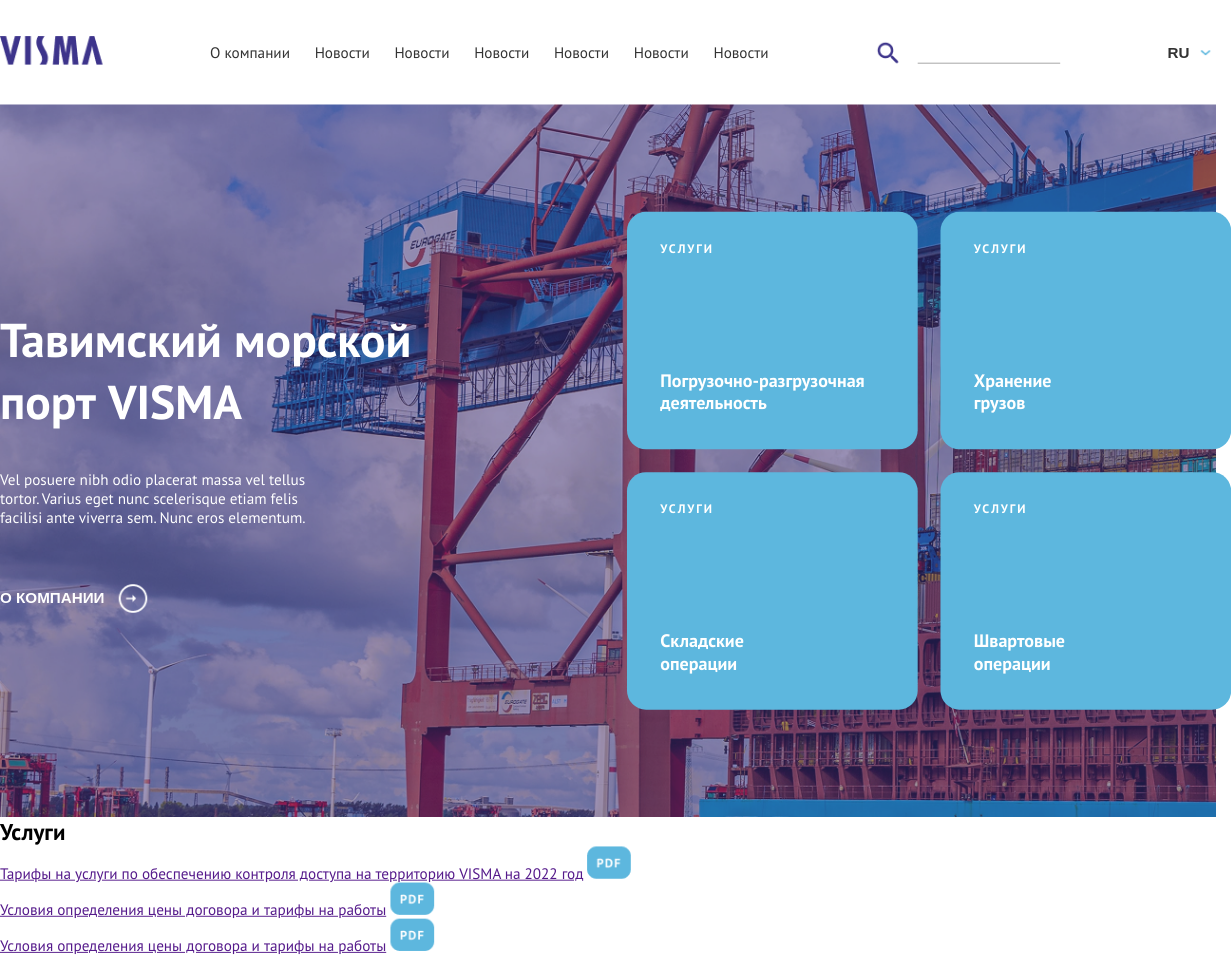
Repository: Shaiyr1/Visma
Page: index.html
These files come from the project's save history. The page is drawn as it stood at one moment and after the next save; the edit follows.
The browser window is 1280 px wide. The page is 1296 px wide, so the pictures cover 1296 px, including what lies to the right of the window. The pictures show the whole page, at 95% of full size.
The style sheet was rebuilt from its Sass, Less or Tailwind sources for each picture, by a compiler version that may differ from the author's.

Above is the page before, as saved 2026-09-16 14:24:08.

After the next save:
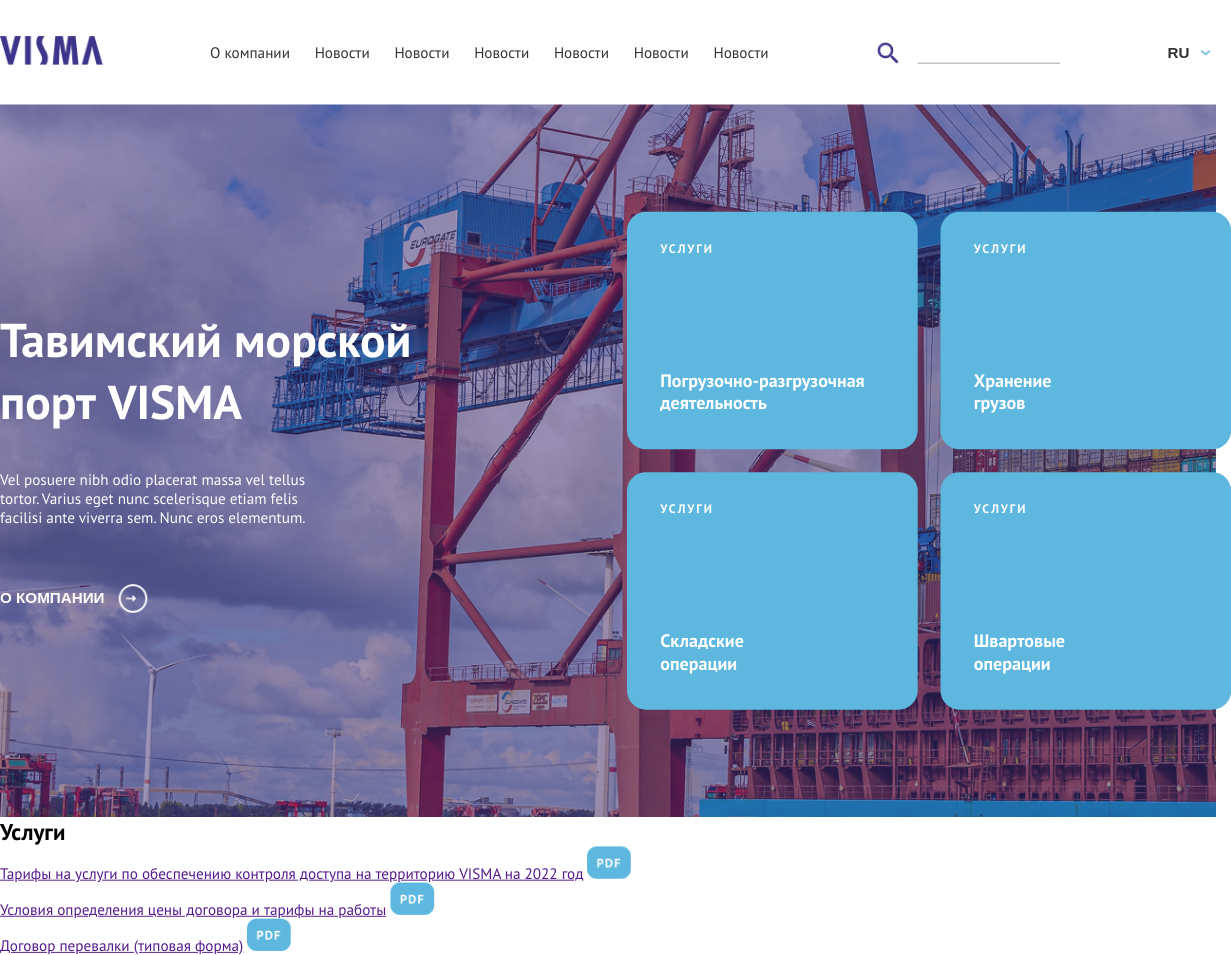
Saved 10 s later.
--- a/index.html
+++ b/index.html
@@ -102,7 +102,7 @@
                         </li>
 
                         <li class="services-block__li">
-                            <a class="services-block__li-link" href="">Условия определения цены договора и тарифы на работы</a>
+                            <a class="services-block__li-link" href="">Договор перевалки (типовая форма)</a>
                             <img src="./src/img/Frame 50.png" alt="images">
                         </li>
                     </ul>
